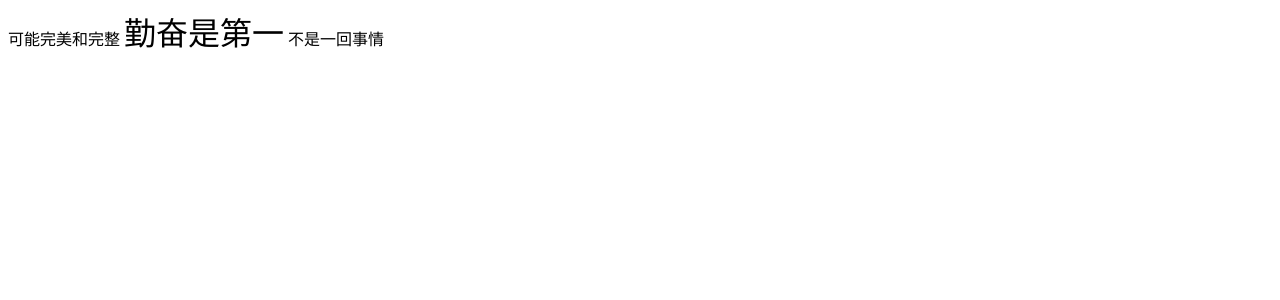
Repository: yuquan1006/-
Page: 02_css/demo.html
An editor plug-in stored every save of this project. The page is shown before and after a run of saves, followed by the edit.
The browser window is 1280 px wide. The pictures show the whole page.

Above is the page before, as saved 2023-06-26 10:31:11.

### 02_css/demo.html
<!DOCTYPE html>
<html lang="en">
<head>
    <meta charset="UTF-8">
    <meta name="viewport" content="width=device-width, initial-scale=1.0">
    <title>Document</title>
    <style type="text/css">
        label{
            font-size: 200%; /* 文字大小是周围文字大小的两倍 */
        }
        p{
            font-size: 50px;
            line-height: 30px;
            font-family:  幼圆,黑体;
            font-style: italic;
            font-weight: bold;
            font-variant: small-caps;
        }
    </style>
</head>
<body>
    <div>
        可能完美和完整
        <label>勤奋是第一</label>
        不是一回事情
    </div>

    <!-- 字体属性-->

</body>
</html>

After the next 2 saves:
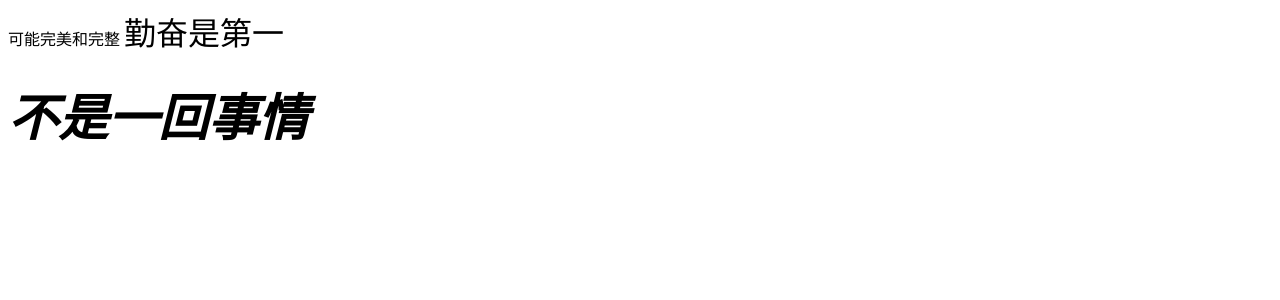
The 2 saves are shown as one change because they came seconds apart.
The last was saved 18 s later.
--- a/02_css/demo.html
+++ b/02_css/demo.html
@@ -22,7 +22,7 @@
     <div>
         可能完美和完整
         <label>勤奋是第一</label>
-        不是一回事情
+        <p>不是一回事情</p>
     </div>
 
     <!-- 字体属性-->
